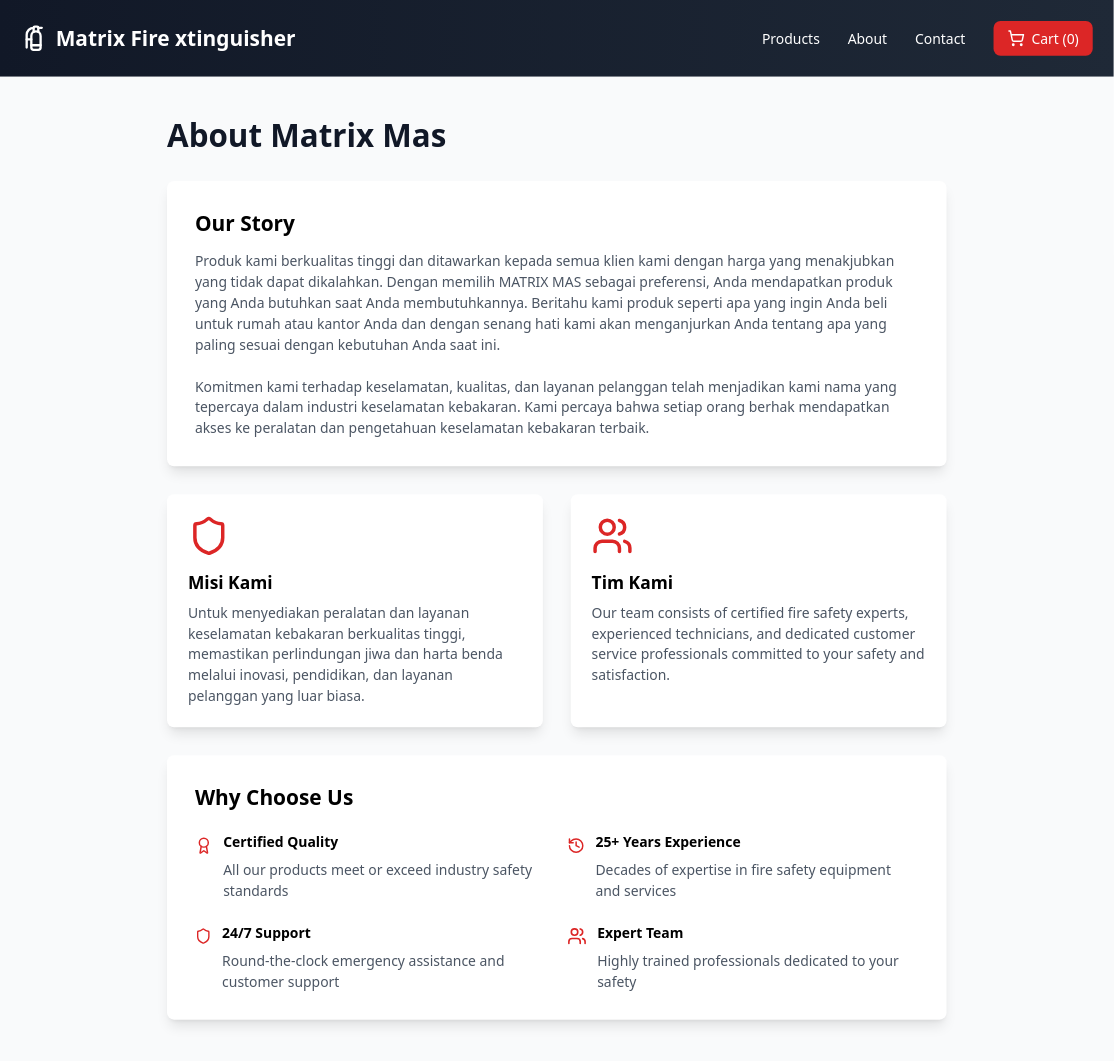
Repository: matrixmas/matrixmas.github.io
Page: /about
An editor plug-in stored every save of this project. The page is shown before and after the next save, followed by the edit.
The browser window is 1280 px wide. The pictures show the whole page, at 87% of full size.
The project was rebuilt for these pictures with package versions that can differ from the ones it lists, and the page was loaded fresh each time. Also part of the build but not shown: vite.config.ts, src/pages/Home.tsx, src/pages/Products.tsx, src/pages/ProductDetail.tsx, src/pages/Contact.tsx.

Above is the page before, as saved 2025-02-04 14:17:16.

### index.html
<!doctype html>
<html lang="en">
  <head>
    <meta charset="UTF-8" />
    <link rel="icon" type="image/svg+xml" href="https://lh3.googleusercontent.com/p/AF1QipM-pbCOOYy8ig0e4ZRWo3jsaPoACABTA6DNYww9=s1360-w1360-h1020" />
    <meta name="viewport" content="width=device-width, initial-scale=1.0" />
    <title>Matrix Fire Extinguisher</title>
  </head>
  <body>
    <div id="root"></div>
    <script type="module" src="/src/main.tsx"></script>
  </body>
</html>

### src/App.tsx
import React from 'react';
import { BrowserRouter as Router, Routes, Route } from 'react-router-dom';
import Home from './pages/Home';
import Products from './pages/Products';
import ProductDetail from './pages/ProductDetail';
import About from './pages/About';
import Contact from './pages/Contact';

function App() {
  return (
    <Router>
      <Routes>
        <Route path="/" element={<Home />} />
        <Route path="/products" element={<Products />} />
        <Route path="/products/:id" element={<ProductDetail />} />
        <Route path="/about" element={<About />} />
        <Route path="/contact" element={<Contact />} />
      </Routes>
    </Router>
  );
}

export default App;

### src/pages/About.tsx
import React from 'react';
import { Shield, Users, Award, History } from 'lucide-react';
import Header from '../components/Header';

export default function About() {
  return (
    <div className="min-h-screen bg-gray-50">
      <Header />
      <div className="py-12">
        <div className="container mx-auto px-6">
          <div className="max-w-4xl mx-auto">
            <h1 className="text-4xl font-bold text-gray-900 mb-8">About Matrix Mas</h1>

            <div className="bg-white rounded-lg shadow-lg p-8 mb-8">
              <h2 className="text-2xl font-bold mb-4">Our Story</h2>
              <p className="text-gray-600 mb-6">
              Produk kami berkualitas tinggi dan ditawarkan kepada semua klien kami dengan harga yang menakjubkan yang tidak dapat dikalahkan. Dengan memilih MATRIX MAS sebagai preferensi, Anda mendapatkan produk yang Anda butuhkan saat Anda membutuhkannya. Beritahu kami produk seperti apa yang ingin Anda beli untuk rumah atau kantor Anda dan dengan senang hati kami akan menganjurkan Anda tentang apa yang paling sesuai dengan kebutuhan Anda saat ini.
              </p>
              <p className="text-gray-600">
              Komitmen kami terhadap keselamatan, kualitas, dan layanan pelanggan telah menjadikan kami nama yang tepercaya dalam industri keselamatan kebakaran.
              Kami percaya bahwa setiap orang berhak mendapatkan akses ke peralatan dan pengetahuan keselamatan kebakaran terbaik.
              </p>
            </div>

            <div className="grid grid-cols-1 md:grid-cols-2 gap-8 mb-8">
              <div className="bg-white rounded-lg shadow-lg p-6">
                <Shield className="h-12 w-12 text-red-600 mb-4" />
                <h3 className="text-xl font-bold mb-2">Misi Kami</h3>
                <p className="text-gray-600">
                Untuk menyediakan peralatan dan layanan keselamatan kebakaran berkualitas tinggi, memastikan perlindungan jiwa dan harta benda melalui inovasi, pendidikan, dan layanan pelanggan yang luar biasa.
                </p>
              </div>

              <div className="bg-white rounded-lg shadow-lg p-6">
                <Users className="h-12 w-12 text-red-600 mb-4" />
                <h3 className="text-xl font-bold mb-2">Tim Kami</h3>
                <p className="text-gray-600">
                  Our team consists of certified fire safety experts, experienced technicians, and dedicated
                  customer service professionals committed to your safety and satisfaction.
                </p>
              </div>
            </div>

            <div className="bg-white rounded-lg shadow-lg p-8">
              <h2 className="text-2xl font-bold mb-6">Why Choose Us</h2>
              <div className="grid grid-cols-1 md:grid-cols-2 gap-6">
                <div className="flex items-start">
                  <Award className="h-6 w-6 text-red-600 mr-3 mt-1" />
                  <div>
                    <h4 className="font-bold mb-2">Certified Quality</h4>
                    <p className="text-gray-600">All our products meet or exceed industry safety standards</p>
                  </div>
                </div>
                <div className="flex items-start">
                  <History className="h-6 w-6 text-red-600 mr-3 mt-1" />
                  <div>
                    <h4 className="font-bold mb-2">25+ Years Experience</h4>
                    <p className="text-gray-600">Decades of expertise in fire safety equipment and services</p>
                  </div>
                </div>
                <div className="flex items-start">
                  <Shield className="h-6 w-6 text-red-600 mr-3 mt-1" />
                  <div>
                    <h4 className="font-bold mb-2">24/7 Support</h4>
                    <p className="text-gray-600">Round-the-clock emergency assistance and customer support</p>
                  </div>
                </div>
                <div className="flex items-start">
                  <Users className="h-6 w-6 text-red-600 mr-3 mt-1" />
                  <div>
                    <h4 className="font-bold mb-2">Expert Team</h4>
                    <p className="text-gray-600">Highly trained professionals dedicated to your safety</p>
                  </div>
                </div>
              </div>
            </div>
          </div>
        </div>
      </div>
    </div>
  );
}

### src/components/Navbar.tsx
import React from 'react';
import { Link } from 'react-router-dom';
import { FireExtinguisher, ShoppingCart } from 'lucide-react';

export default function Navbar() {
  return (
    <nav className="relative z-20 container mx-auto px-6 py-6 flex items-center justify-between">
      <Link to="/" className="flex items-center space-x-2 text-white">
        <FireExtinguisher className="h-8 w-8" />
        <span className="text-2xl font-bold">Matrix Fire xtinguisher</span>
      </Link>
      <div className="flex items-center space-x-8 text-white">
        <Link to="/products" className="hover:text-red-400">Products</Link>
        <Link to="/about" className="hover:text-red-400">About</Link>
        <Link to="/contact" className="hover:text-red-400">Contact</Link>
        <button className="flex items-center space-x-2 bg-red-600 px-4 py-2 rounded-lg hover:bg-red-700">
          <ShoppingCart className="h-5 w-5" />
          <span>Cart (0)</span>
        </button>
      </div>
    </nav>
  );
}

### src/components/Header.tsx
import React from 'react';
import Navbar from './Navbar';

export default function Header() {
  return (
    <header className="bg-gradient-to-r from-gray-900 to-gray-800 text-white">
      <Navbar />
    </header>
  );
}

Loaded but not shown: src/main.tsx (common file); src/index.css (common file); tailwind.config.js (common file)

After the next save:
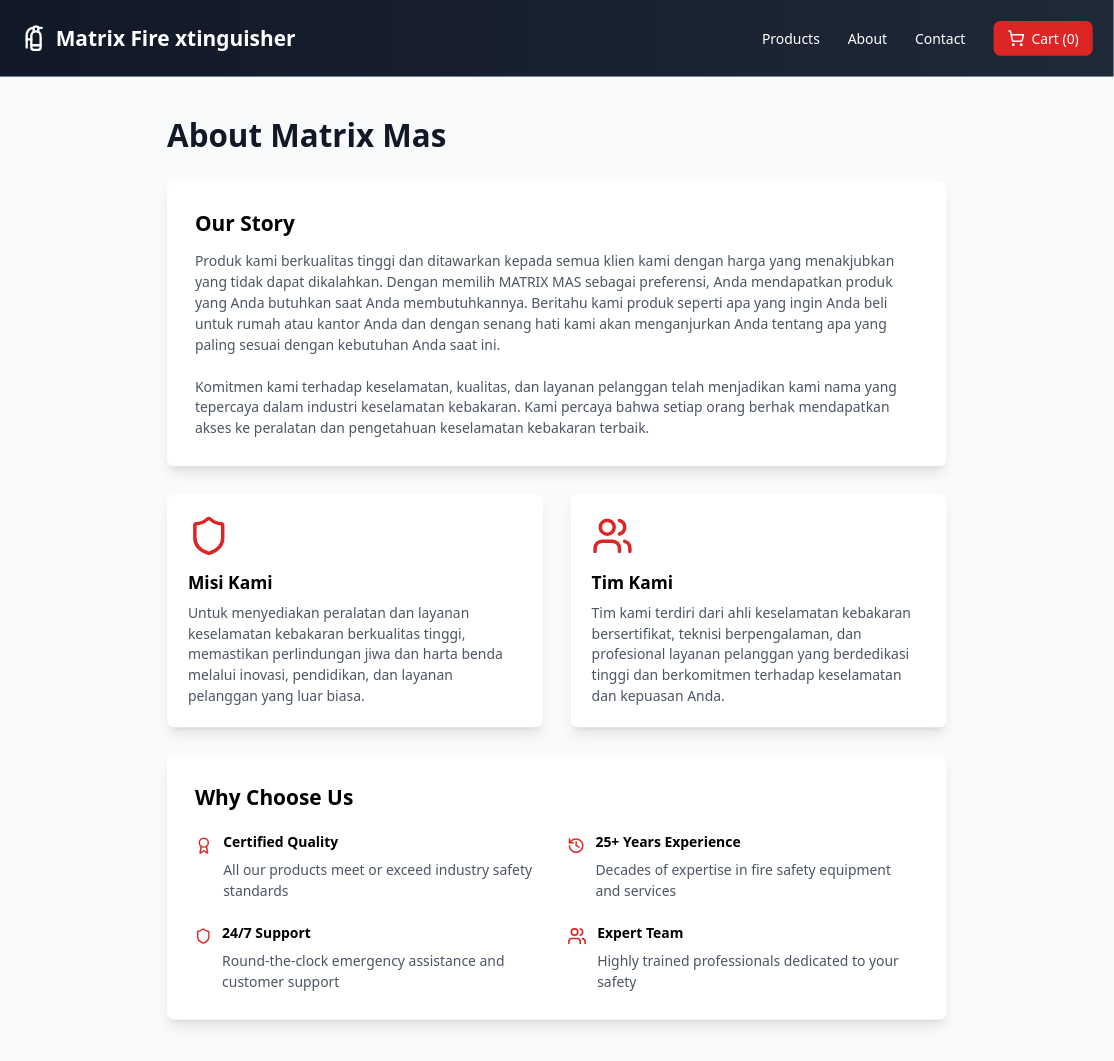
Saved 9 s later.
--- a/src/pages/About.tsx
+++ b/src/pages/About.tsx
@@ -35,8 +35,7 @@
                 <Users className="h-12 w-12 text-red-600 mb-4" />
                 <h3 className="text-xl font-bold mb-2">Tim Kami</h3>
                 <p className="text-gray-600">
-                  Our team consists of certified fire safety experts, experienced technicians, and dedicated
-                  customer service professionals committed to your safety and satisfaction.
+                Tim kami terdiri dari ahli keselamatan kebakaran bersertifikat, teknisi berpengalaman, dan profesional layanan pelanggan yang berdedikasi tinggi dan berkomitmen terhadap keselamatan dan kepuasan Anda.
                 </p>
               </div>
             </div>
